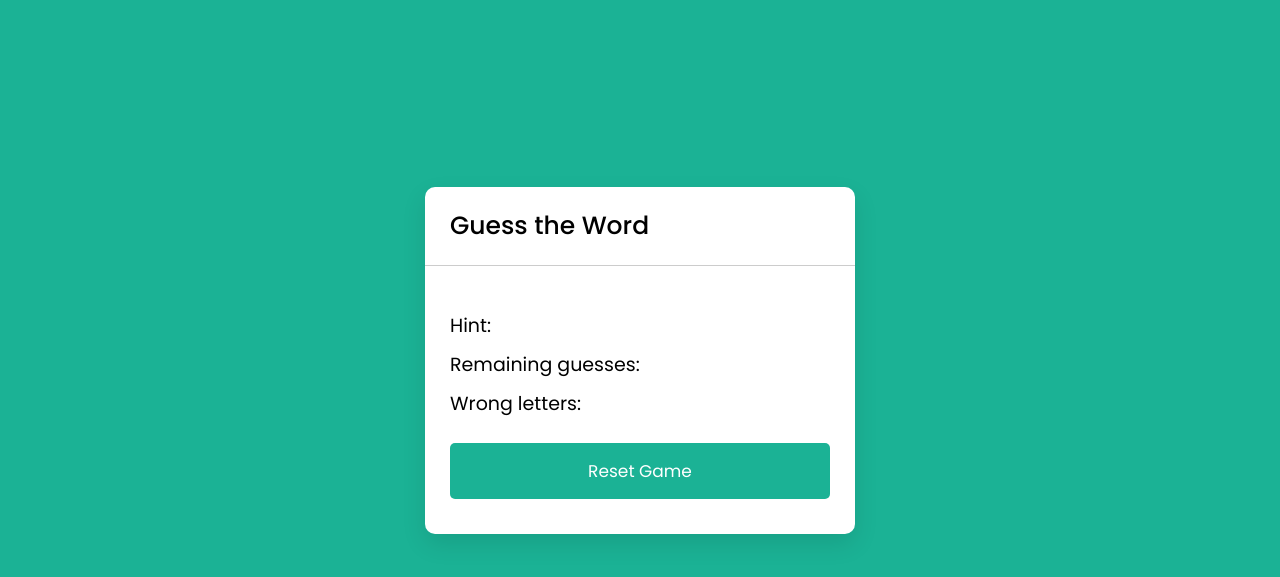
Repository: sumitkumargarssa/Word-Guessing-Game
Page: index.html
These files come from the project's save history. The page is drawn as it stood at one moment and after the next save; the edit follows.
The browser window is 1280 px wide. The pictures show the whole page.

Above is the page before, as saved 2024-03-13 21:11:50.

### index.html
<!DOCTYPE html>
<!-- Coding By CodingNepal - youtube.com/codingnepal -->
<html lang="en" dir="ltr">
  <head>
    <meta charset="utf-8">
    <title>Word Guessing Game JavaScript</title>
    <link rel="stylesheet" href="style.css">
    <meta name="viewport" content="width=device-width, initial-scale=1.0">
  </head>
  <body>
    <div class="wrapper">
      <h1>Guess the Word</h1>
      <div class="content">
        <input type="text" class="typing-input" maxlength="1">
        <div class="inputs"></div>
        <div class="details">
          <p class="hint">Hint: <span></span></p>
          <p class="guess-left">Remaining guesses: <span></span></p>
          <p class="wrong-letter">Wrong letters: <span></span></p>
        </div>
        <button class="reset-btn">Reset Game</button>
      </div>
    </div>

    <!-- <script src="js/words.js"></script>
    <script src="js/script.js"></script> -->

  </body>
</html>

### style.css
/* Import Google font - Poppins */
@import url('https://fonts.googleapis.com/css2?family=Poppins:wght@400;500;600&display=swap');
*{
  margin: 0;
  padding: 0;
  box-sizing: border-box;
  font-family: 'Poppins', sans-serif;
}
body{
  display: flex;
  padding: 0 10px;
  min-height: 100vh;
  align-items: center;
  justify-content: center;
  background: #1BB295;
}
.wrapper{
  width: 430px;
  background: #fff;
  border-radius: 10px;
  box-shadow: 0 10px 25px rgba(0,0,0,0.1);
}
.wrapper h1{
  font-size: 25px;
  font-weight: 500;
  padding: 20px 25px;
  border-bottom: 1px solid #ccc;
}
.wrapper .content{
  margin: 25px 25px 35px;
}
.content .inputs{
  display: flex;
  flex-wrap: wrap;
  justify-content: center;
}
.inputs input{
  height: 57px;
  width: 56px;
  margin: 4px;
  font-size: 24px;
  font-weight: 500;
  color: #1ba98c;
  text-align: center;
  border-radius: 5px;
  background: none;
  pointer-events: none;
  text-transform: uppercase;
  border: 1px solid #B5B5B5;
}
.typing-input {
  opacity: 0;
  z-index: -999;
  position: absolute;
  pointer-events: none;
}
.inputs input:first-child{
  margin-left: 0px;
}
.content .details{
  margin: 20px 0 25px;
}
.details p{
  font-size: 19px;
  margin-bottom: 10px;
}
.content .reset-btn{
  width: 100%;
  border: none;
  cursor: pointer;
  color: #fff;
  outline: none;
  padding: 15px 0;
  font-size: 17px;
  border-radius: 5px;
  background: #1BB295;
  transition: all 0.3s ease;
}
.content .reset-btn:hover{
  background: #18a589;
}

@media screen and (max-width: 460px) {
  .wrapper {
    width: 100%;
  }
  .wrapper h1{
    font-size: 22px;
    padding: 16px 20px;
  }
  .wrapper .content{
    margin: 25px 20px 35px;
  }
  .inputs input{
    height: 51px;
    width: 50px;
    margin: 3px;
    font-size: 22px;
  }
  .details p{
    font-size: 17px;
  }
  .content .reset-btn{
    padding: 14px 0;
    font-size: 16px;
  }
}

After the next save:
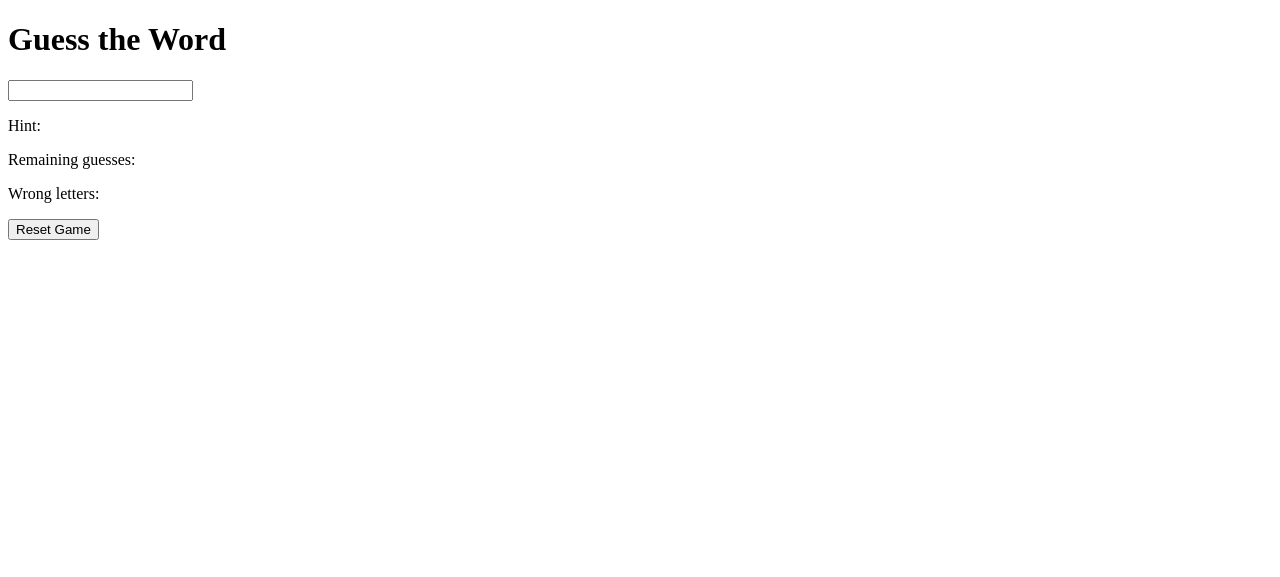
Saved 4 s later.
--- a/index.html
+++ b/index.html
@@ -4,7 +4,7 @@
   <head>
     <meta charset="utf-8">
     <title>Word Guessing Game JavaScript</title>
-    <link rel="stylesheet" href="style.css">
+    <!-- <link rel="stylesheet" href="style.css"> -->
     <meta name="viewport" content="width=device-width, initial-scale=1.0">
   </head>
   <body>
